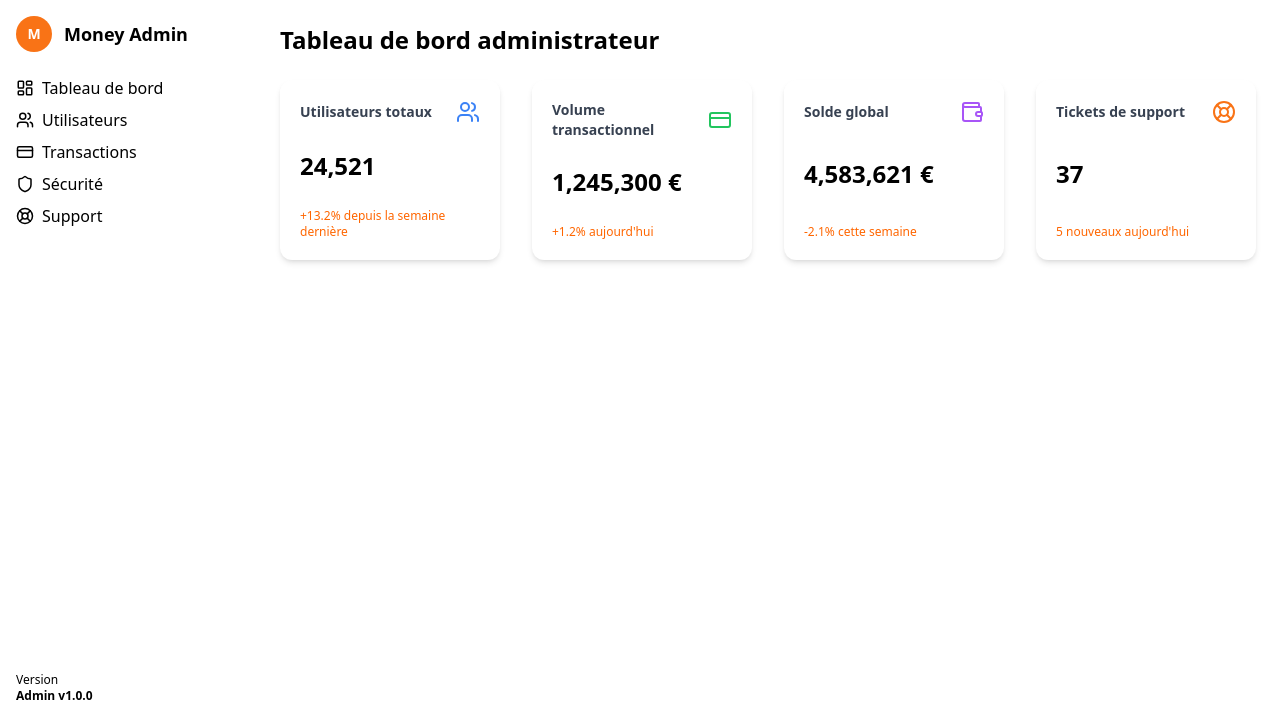
Repository: Edongo999/Dashboard
Page: /
These files come from the project's save history. The page is drawn as it stood at one moment and after the next save; the edit follows.
The browser window is 1280 px wide. The pictures show the whole page.
The project was rebuilt for these pictures with package versions that can differ from the ones it lists, and the page was loaded fresh each time. Also part of the build but not shown: vite.config.ts.

Above is the page before, as saved 2025-10-13 13:31:35.

### index.html
<!doctype html>
<html lang="en">
  <head>
    <meta charset="UTF-8" />
    <link rel="icon" type="image/svg+xml" href="/vite.svg" />
    <meta name="viewport" content="width=device-width, initial-scale=1.0" />
    <title>mon_dashboard</title>
  </head>
  <body>
    <div id="root"></div>
    <script type="module" src="/src/main.tsx"></script>
  </body>
</html>

### src/App.tsx
import Sidebar from "./components/Sidebar"
import StatBlock from "./components/StatBlock"
import { Users, CreditCard, Wallet, LifeBuoy } from "lucide-react"

const App = () => {
  const kpis = [
    {
      title: "Utilisateurs totaux",
      value: "24,521",
      subtext: "+13.2% depuis la semaine dernière",
      icon: <Users />,
      iconColor: "text-blue-500"
    },
    {
      title: "Volume transactionnel",
      value: "1,245,300 €",
      subtext: "+1.2% aujourd'hui",
      icon: <CreditCard />,
      iconColor: "text-green-500"
    },
    {
      title: "Solde global",
      value: "4,583,621 €",
      subtext: "-2.1% cette semaine",
      icon: <Wallet />,
      iconColor: "text-purple-500"
    },
    {
      title: "Tickets de support",
      value: "37",
      subtext: "5 nouveaux aujourd'hui",
      icon: <LifeBuoy />,
      iconColor: "text-orange-500"
    }
  ]

  return (
    <div className="flex min-h-screen">
      <Sidebar />
      <main className="flex-1 overflow-auto p-6 bg-base-100">
        <h1 className="text-2xl font-bold mb-6">Tableau de bord administrateur</h1>

        {/* Cartes KPI bien espacées */}
        <div className="flex flex-wrap gap-x-8 gap-y-6 mb-6">
          {kpis.map((kpi, i) => (
            <StatBlock key={i} {...kpi} />
          ))}
        </div>
      </main>
    </div>
  )
}

export default App

### src/components/Sidebar.tsx
import {
  LayoutDashboard,
  Users,
  CreditCard,
  Shield,
  LifeBuoy
} from "lucide-react"

const Sidebar = () => {
  return (
    <aside
      className="w-64 h-screen bg-neutral text-neutral-content flex flex-col justify-between p-4"
      style={{ opacity: 1 }}
    >
      {/* Haut : logo + menu */}
      <div>
        <div className="flex items-center gap-3 mb-6">
          <div className="bg-orange-500 text-white rounded-full w-9 h-9 flex items-center justify-center font-bold text-sm shrink-0">
            M
          </div>
          <span className="text-lg font-semibold whitespace-nowrap">Money Admin</span>
        </div>

        <ul className="menu space-y-2">
          <li><a className="flex items-center gap-2"><LayoutDashboard size={18} />Tableau de bord</a></li>
          <li><a className="flex items-center gap-2"><Users size={18} />Utilisateurs</a></li>
          <li><a className="flex items-center gap-2"><CreditCard size={18} />Transactions</a></li>
          <li><a className="flex items-center gap-2"><Shield size={18} />Sécurité</a></li>
          <li><a className="flex items-center gap-2"><LifeBuoy size={18} />Support</a></li>
        </ul>
      </div>

      {/* Bas : version */}
      <div className="text-xs text-neutral-content/70 mt-6">
        Version<br />
        <span className="font-semibold">Admin v1.0.0</span>
      </div>
    </aside>
  )
}

export default Sidebar

### src/components/StatBlock.tsx
type StatBlockProps = {
  title: string
  value: string
  subtext: string
  icon: React.ReactNode
  iconColor: string
}

const StatBlock = ({ title, value, subtext, icon, iconColor }: StatBlockProps) => {
  return (
    <div
      className="bg-white shadow-md p-5 rounded-[12px] flex flex-col justify-between"
      style={{ width: "220px", height: "180px", opacity: 1 }}
    >
      <div className="flex justify-between items-center">
        <h3 className="text-sm font-semibold text-gray-700">{title}</h3>
        <div className={`text-xl ${iconColor}`}>{icon}</div>
      </div>
      <p className="text-2xl font-bold mt-2 text-black">{value}</p>
      <p className="text-xs mt-2 text-[#FF6600] font-medium">{subtext}</p>
    </div>
  )
}

export default StatBlock

### tailwind.config.js
/** @type {import('tailwindcss').Config} */
module.exports = {
  content: ["./src/**/*.{js,jsx,ts,tsx}"],
  theme: { extend: {} },
  plugins: [require("daisyui")],
  daisyui: {
    themes: [
      {
        mytheme: {
          "primary": "#570df8",
          "secondary": "#f000b8",
          "accent": "#37cdbe",
          "neutral": "#3d4451",
          "base-100": "#F3F4F6", // <-- couleur de fond principale pour tout le dashboard
          "base-200": "#e5e7eb", // pour cartes ou sections légèrement plus foncées
          "base-300": "#d1d5db", // pour éléments encadrés
          "base-content": "#111827", // couleur du texte principal
          "info": "#3ABFF8",
          "success": "#36D399",
          "warning": "#FBBD23",
          "error": "#F87272",
        },
      },
    ],
  },
};

Loaded but not shown: src/main.tsx (common file); src/index.css (common file)

After the next save:
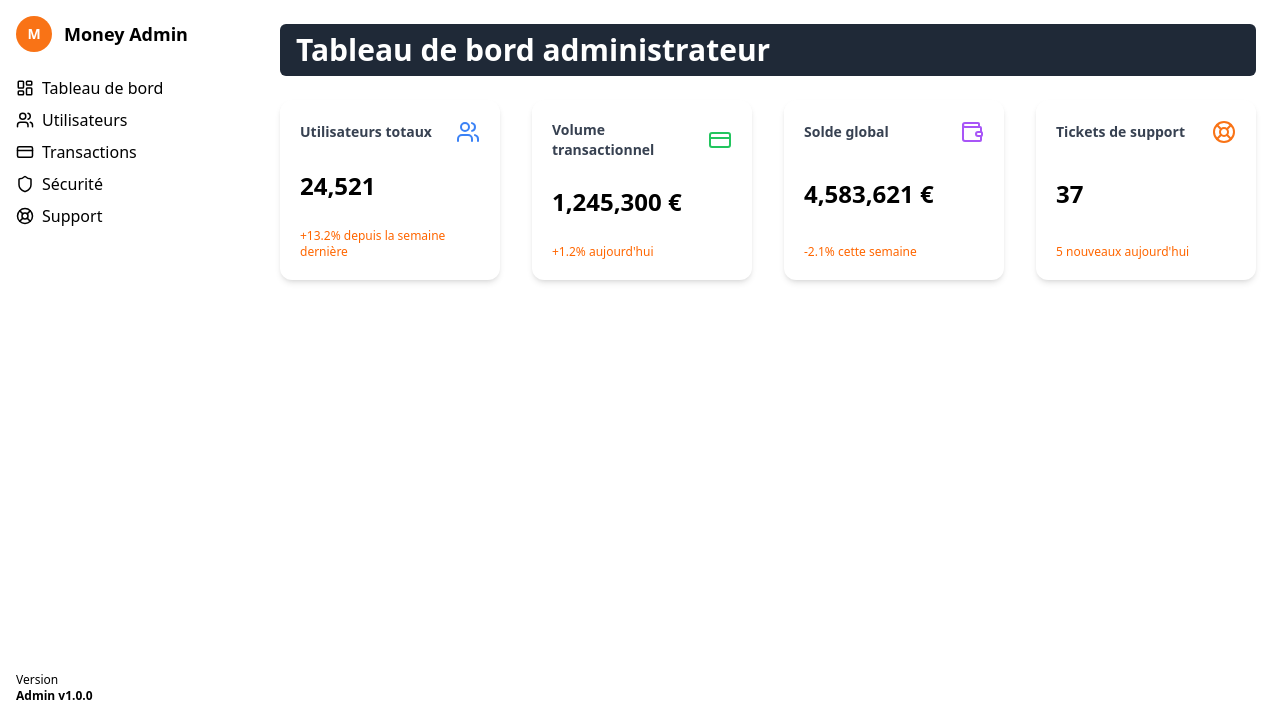
Saved 2 min 54 s later.
--- a/src/App.tsx
+++ b/src/App.tsx
@@ -38,7 +38,13 @@ const App = () => {
     <div className="flex min-h-screen">
       <Sidebar />
       <main className="flex-1 overflow-auto p-6 bg-base-100">
-        <h1 className="text-2xl font-bold mb-6">Tableau de bord administrateur</h1>
+        <h1
+          className="text-3xl font-bold mb-6 px-4 py-2 rounded-md text-white"
+          style={{ backgroundColor: "#1F2937" }}
+        >
+          Tableau de bord administrateur
+        </h1>
+
 
         {/* Cartes KPI bien espacées */}
         <div className="flex flex-wrap gap-x-8 gap-y-6 mb-6">
